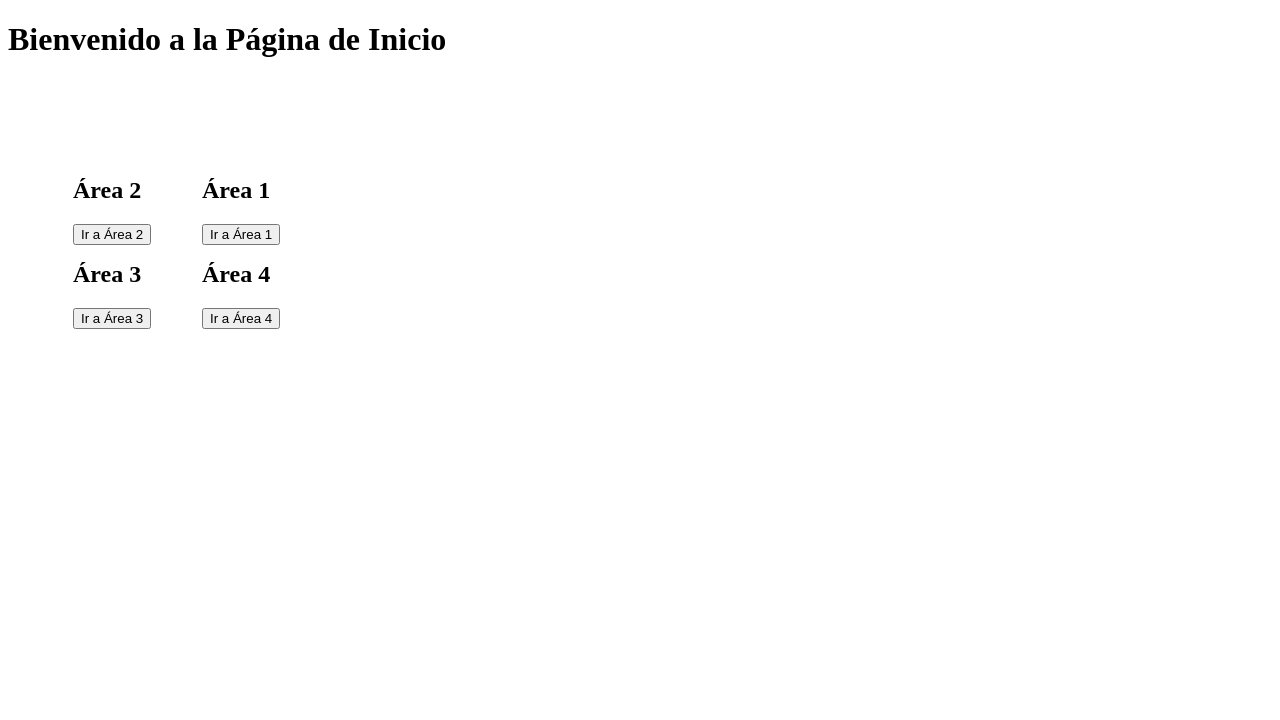
Repository: iDiv3r/MexiQuimicosIsay
Page: Inicio.html
An editor plug-in stored every save of this project. The page is shown before and after the next save, followed by the edit.
The browser window is 1280 px wide. The pictures show the whole page.

Above is the page before, as saved 2023-11-26 17:12:32.

After the next save:
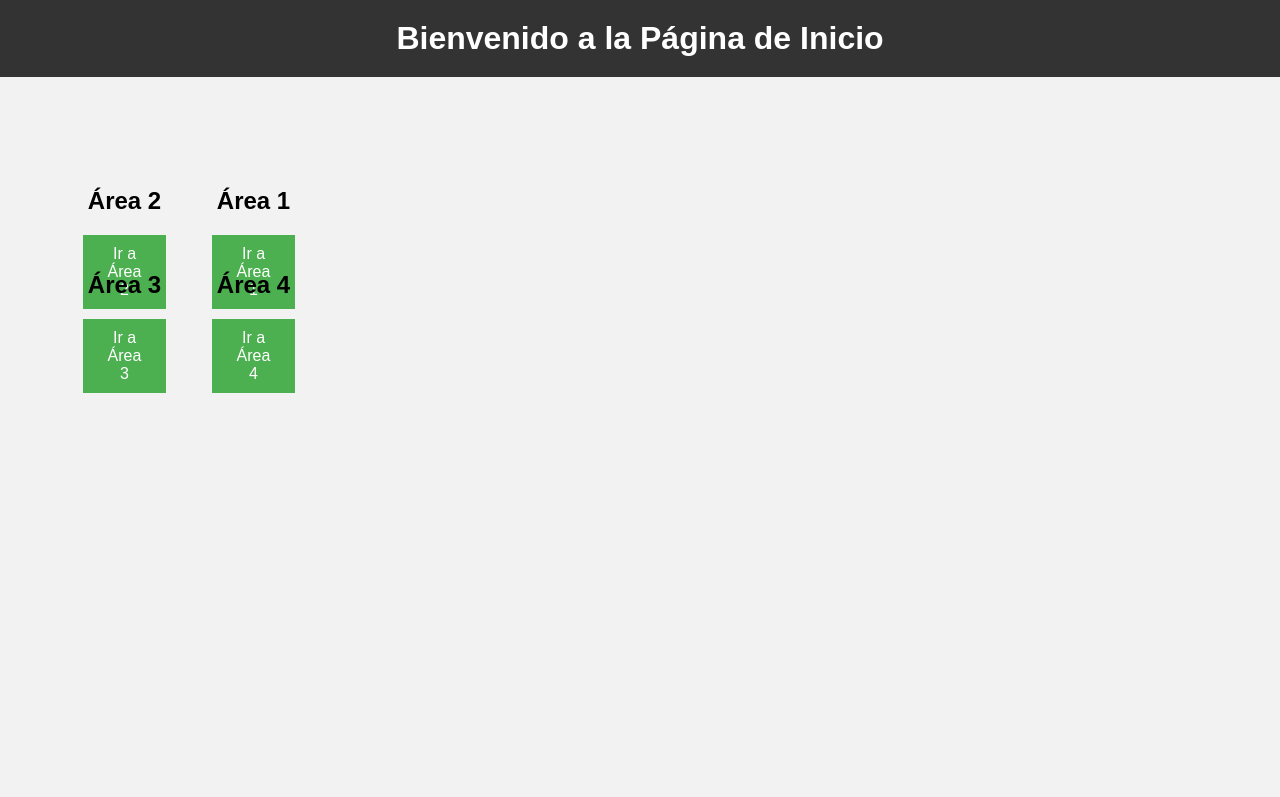
Saved 4 s later.
--- a/css/Inicio.css
+++ b/css/Inicio.css
@@ -37,3 +37,46 @@ right: 83px;
 top: 241px;
 bottom: 0;
 }
+
+body {
+  margin: 0;
+  padding: 0;
+  font-family: Arial, sans-serif;
+  background-color: #f2f2f2;
+}
+
+h1 {
+  text-align: center;
+  padding: 20px;
+  background-color: #333;
+  color: #fff;
+  margin: 0;
+}
+
+#contenedor {
+  display: flex;
+  justify-content: center;
+  align-items: center;
+  height: 100vh;
+}
+
+.Btn1,
+.Btn2,
+.Btn3,
+.Btn4 {
+  text-align: center;
+  margin: 10px;
+}
+
+button {
+  padding: 10px 20px;
+  font-size: 16px;
+  background-color: #4caf50;
+  color: #fff;
+  border: none;
+  cursor: pointer;
+}
+
+button:hover {
+  background-color: #45a049;
+}

After the save that followed:
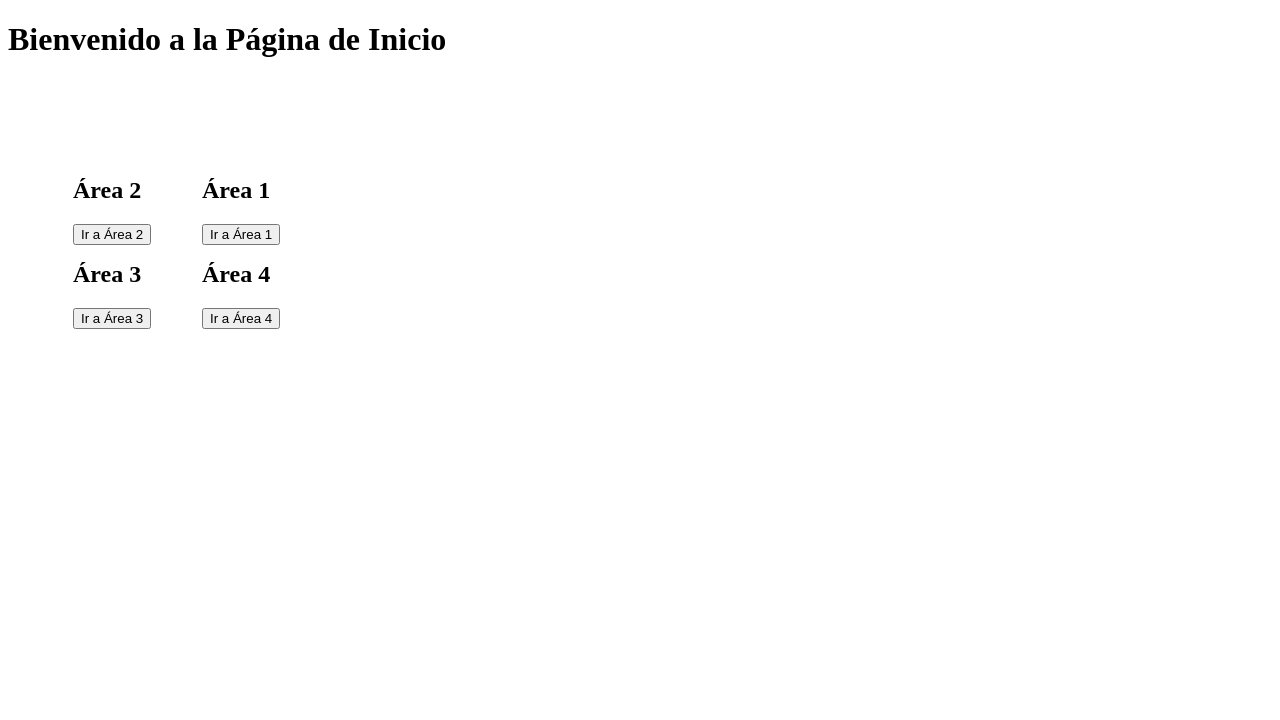
Saved 14 s later.
--- a/css/Inicio.css
+++ b/css/Inicio.css
@@ -37,46 +37,3 @@ right: 83px;
 top: 241px;
 bottom: 0;
 }
-
-body {
-  margin: 0;
-  padding: 0;
-  font-family: Arial, sans-serif;
-  background-color: #f2f2f2;
-}
-
-h1 {
-  text-align: center;
-  padding: 20px;
-  background-color: #333;
-  color: #fff;
-  margin: 0;
-}
-
-#contenedor {
-  display: flex;
-  justify-content: center;
-  align-items: center;
-  height: 100vh;
-}
-
-.Btn1,
-.Btn2,
-.Btn3,
-.Btn4 {
-  text-align: center;
-  margin: 10px;
-}
-
-button {
-  padding: 10px 20px;
-  font-size: 16px;
-  background-color: #4caf50;
-  color: #fff;
-  border: none;
-  cursor: pointer;
-}
-
-button:hover {
-  background-color: #45a049;
-}
